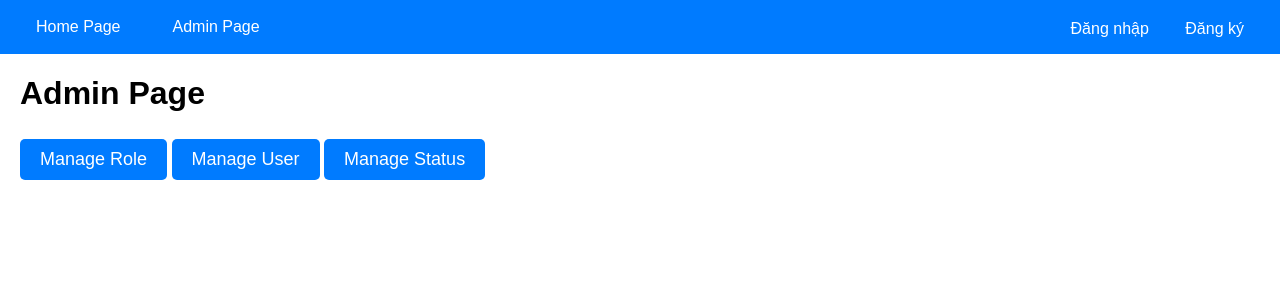
Repository: Loc2804/LTM
Page: http://localhost/RestaurantProject/WelcomeAdmin.jsp
An editor plug-in stored every save of this project. The page is shown before and after the next save, followed by the edit.
The browser window is 1280 px wide. The pictures show the whole page.
The page is served by Tomcat 10. Other server files are loaded and not shown.

Above is the page before, as saved 2024-12-07 17:29:48.

### RestaurantProject/src/main/webapp/WelcomeAdmin.jsp
<%@page import="Model.BEAN.User"%>
<%@ page language="java" contentType="text/html; charset=UTF-8"
    pageEncoding="UTF-8"%>
<!DOCTYPE html>
<html>
<head>
<meta charset="UTF-8">
<title>Admin Page</title>
<style>
    body {
        font-family: Arial, sans-serif;
        margin: 0;
        padding: 0;
    }
    .navbar {
        background-color: #007BFF; /* Màu xanh chủ đạo */
        overflow: hidden;
        display: flex;
        justify-content: space-between;
        padding: 10px 20px;
    }
    .navbar a {
        color: white;
        text-decoration: none;
        padding: 8px 16px;
        font-size: 16px;
    }
    .navbar a:hover {
        background-color: #0056b3; /* Màu xanh đậm hơn khi hover */
        border-radius: 4px;
    }
    .links {
        display: flex;
        gap: 20px;
    }
    .content {
        margin: 20px;
    }
    .content a {
        display: inline-block;
        background-color: #007BFF; /* Màu nền xanh chủ đạo */
        color: white;
        text-decoration: none;
        padding: 10px 20px;
        border-radius: 5px;
        margin: 5px 0;
        font-size: 18px;
    }
    .content a:hover {
        background-color: #0056b3; /* Màu nền xanh đậm hơn khi hover */
    }
    .btn-logout {
        background-color: #007BFF; /* Màu nền xanh chủ đạo */
        color: white; /* Màu chữ */
        text-decoration: none;
        padding: 10px 20px; /* Khoảng cách bên trong */
        border: none; /* Bỏ viền */
        border-radius: 5px; /* Bo góc */
        font-size: 18px; /* Kích thước chữ */
        cursor: pointer; /* Thay đổi con trỏ khi hover */
    }

    .btn-logout:hover {
        background-color: #0056b3; /* Màu nền xanh đậm hơn khi hover */
    }

    .btn-logout:focus {
        outline: none; /* Bỏ viền focus mặc định */
    }
    .group-btn{
    	margin-top:10px;
    }
</style>
</head>
<body>
    <div class="navbar">
        <div class="links">
            <a href="WelcomeUser.jsp">Home Page</a>
            <a href="WelcomeAdmin.jsp">Admin Page</a>
        </div>
        <%
        	User user = (User) session.getAttribute("user");
        	if(user == null || user.getRole() == null){
        %>
        <div class="group-btn">
            <a href="Login.jsp">Đăng nhập</a>
            <a href="Register.jsp">Đăng ký</a>
        </div>
        <% }
        	else{
        %>
        <form action="Authcontroller" method="post">
        	<div>
            	<button class="btn-logout" type="submit">Đăng xuất</button>
            	<input  type="hidden" value="logout" name="action">
        	</div>
        </form>
        <%
        	}
        %>
    </div>

    <div class="content">
        <h1>Admin Page</h1>
        <a href="ManageRole.jsp">Manage Role</a>
        <a href="ManageUser.jsp">Manage User</a>
        <a href="ManageStatus.jsp">Manage Status</a>
    </div>
</body>
</html>

After the next save:
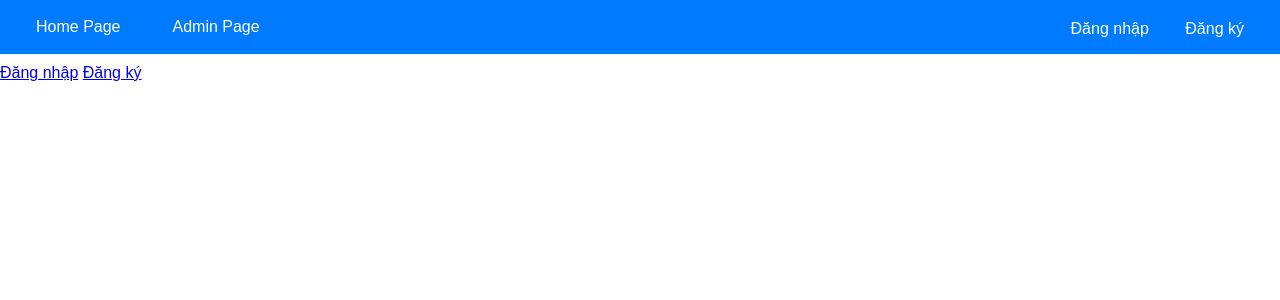
Saved 2 min 19 s later.
--- a/RestaurantProject/src/main/webapp/WelcomeAdmin.jsp
+++ b/RestaurantProject/src/main/webapp/WelcomeAdmin.jsp
@@ -100,11 +100,25 @@
         %>
     </div>
 
-    <div class="content">
-        <h1>Admin Page</h1>
-        <a href="ManageRole.jsp">Manage Role</a>
-        <a href="ManageUser.jsp">Manage User</a>
-        <a href="ManageStatus.jsp">Manage Status</a>
-    </div>
+	 <%
+        	if(user == null || user.getRole() == null){
+        %>
+        <div class="group-btn">
+            <a href="Login.jsp">Đăng nhập</a>
+            <a href="Register.jsp">Đăng ký</a>
+        </div>
+        <% }
+        	else{
+        %>
+        <div class="content">
+        	<h1>Admin Page</h1>
+        	<a href="ManageRole.jsp">Manage Role</a>
+        	<a href="ManageUser.jsp">Manage User</a>
+        	<a href="ManageStatus.jsp">Manage Status</a>
+    	</div>
+        <%
+        	}
+        %>
+
 </body>
 </html>
